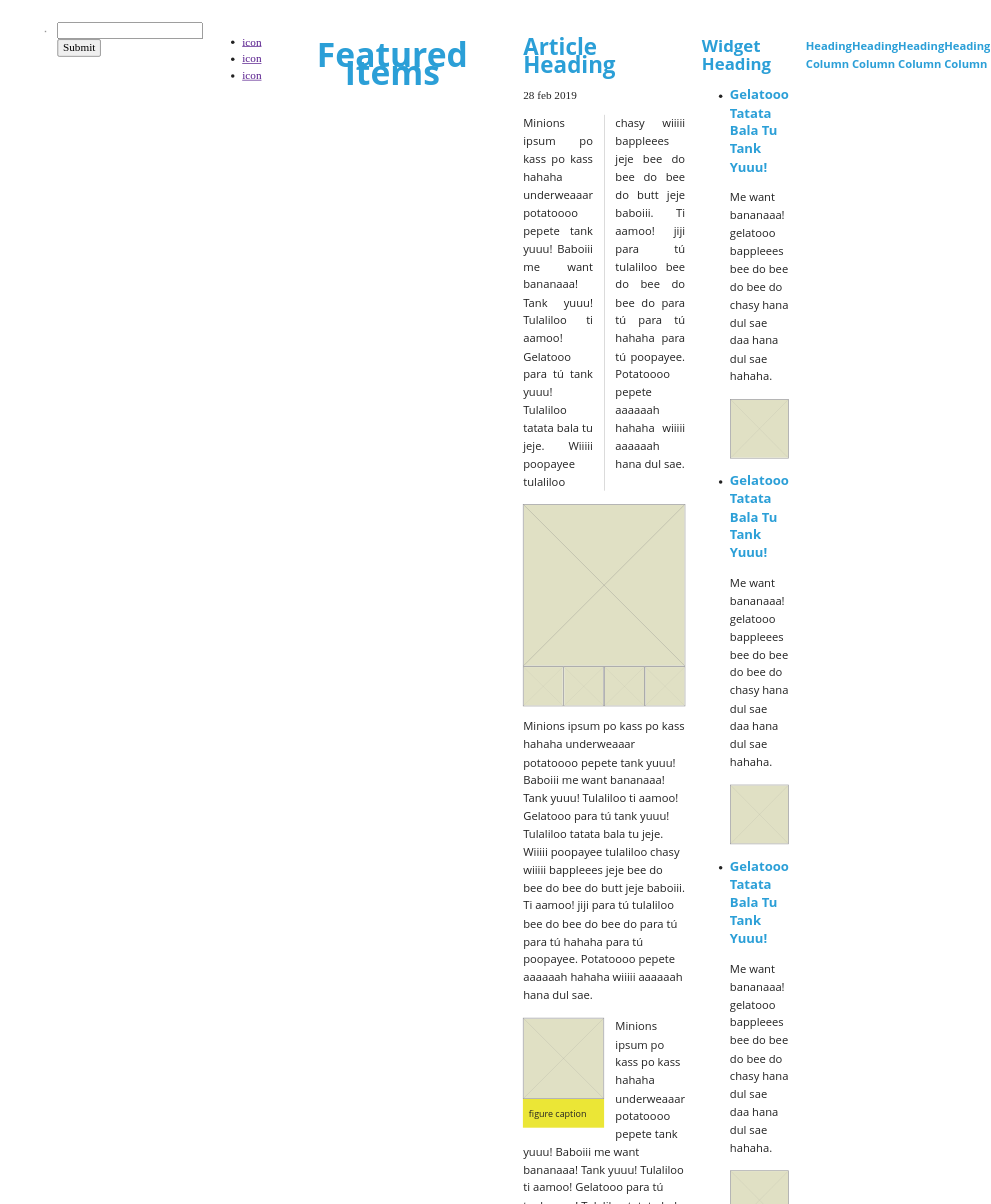
Repository: AdrianTejada/Lab03-Project-1
Page: index.html
An editor plug-in stored every save of this project. The page is shown before and after the next save, followed by the edit.
The browser window is 1280 px wide. The page is 1415 px wide, so the pictures cover 1415 px, including what lies to the right of the window. The pictures show the part of the page from y = 0 to 1720 px (the page is 4197 px tall before and 4139 px after), at 70% of full size.

Above is the page before, as saved 2021-01-26 19:21:40.

After the next save:
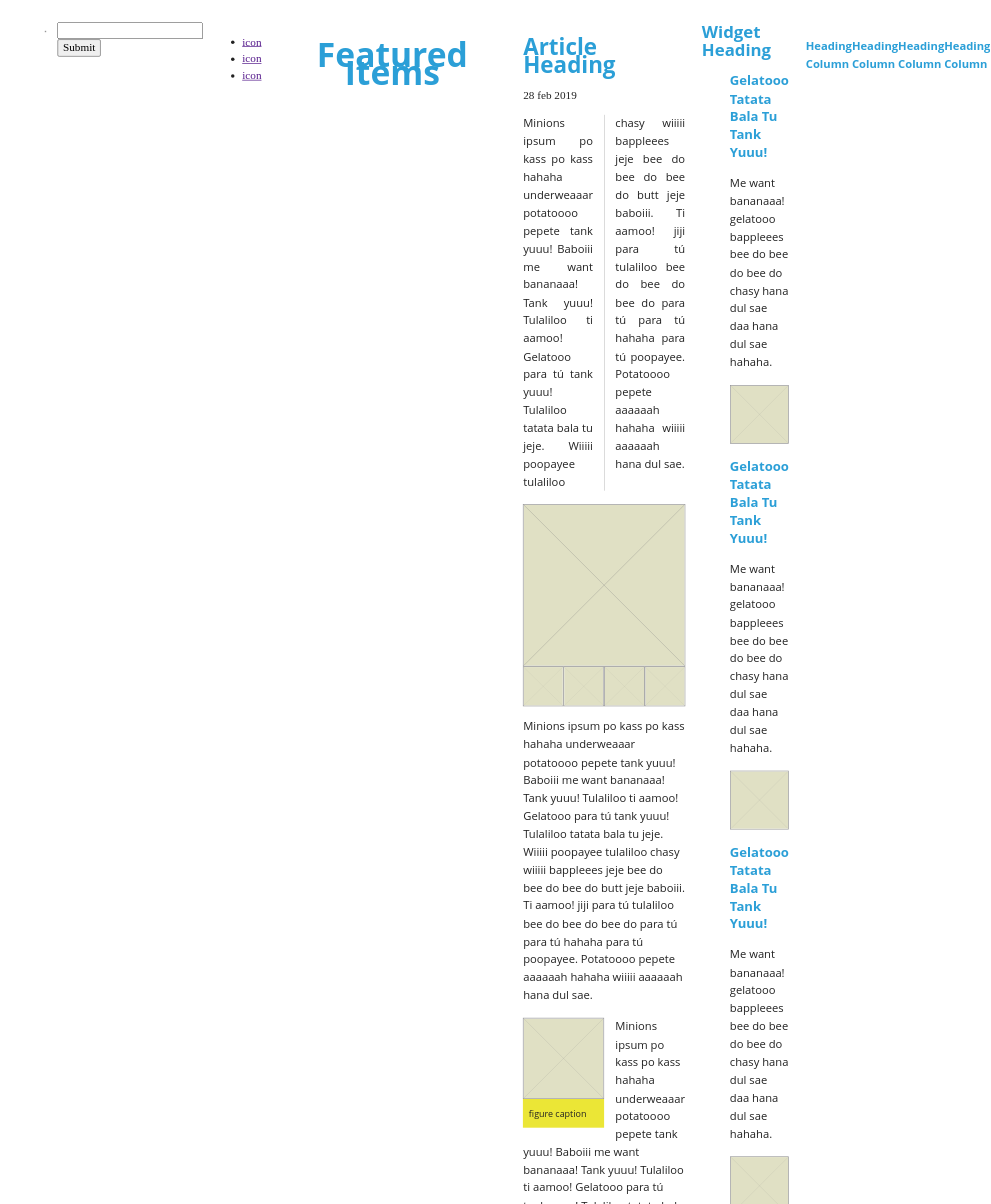
Saved 3 min 54 s later.
--- a/css/main.css
+++ b/css/main.css
@@ -238,6 +238,14 @@
    3. MODULES
    ========================================================================== */
 
+   .widget>* {
+       padding: 0;
+       margin: 0;
+   }
+
+   .widget ul {
+       list-style: none;
+   }
 
 
 /* ==========================================================================
